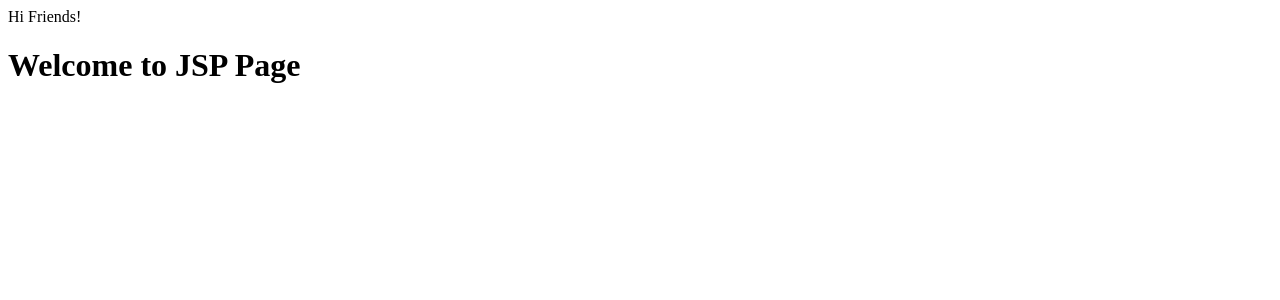
Repository: javeed512/jsp_repo
Page: http://localhost/JSP_LifeCycle/hello.jsp
An editor plug-in stored every save of this project. The page is shown before and after the next save, followed by the edit.
The browser window is 1280 px wide. The pictures show the whole page.
The page is served by Tomcat 9.

Above is the page before, as saved 2022-03-14 10:57:08.

### JSP_LifeCycle/WebContent/hello.jsp
<%@ page language="java" contentType="text/html; charset=ISO-8859-1"
    pageEncoding="ISO-8859-1"%>
<!DOCTYPE html>
<html>
<head>
<meta charset="ISO-8859-1">
<title>Insert title here</title>
</head>
<body>
Hi Friends!
<h1>Welcome to JSP Page</h1>
</body>
</html>

After the next save:
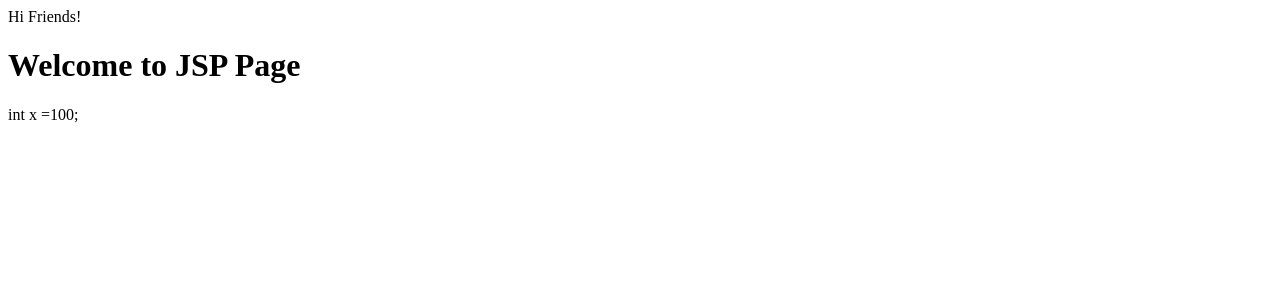
Saved 19 min 31 s later.
--- a/JSP_LifeCycle/WebContent/hello.jsp
+++ b/JSP_LifeCycle/WebContent/hello.jsp
@@ -9,5 +9,8 @@
 <body>
 Hi Friends!
 <h1>Welcome to JSP Page</h1>
+
+	int x =100;
+
 </body>
 </html>
